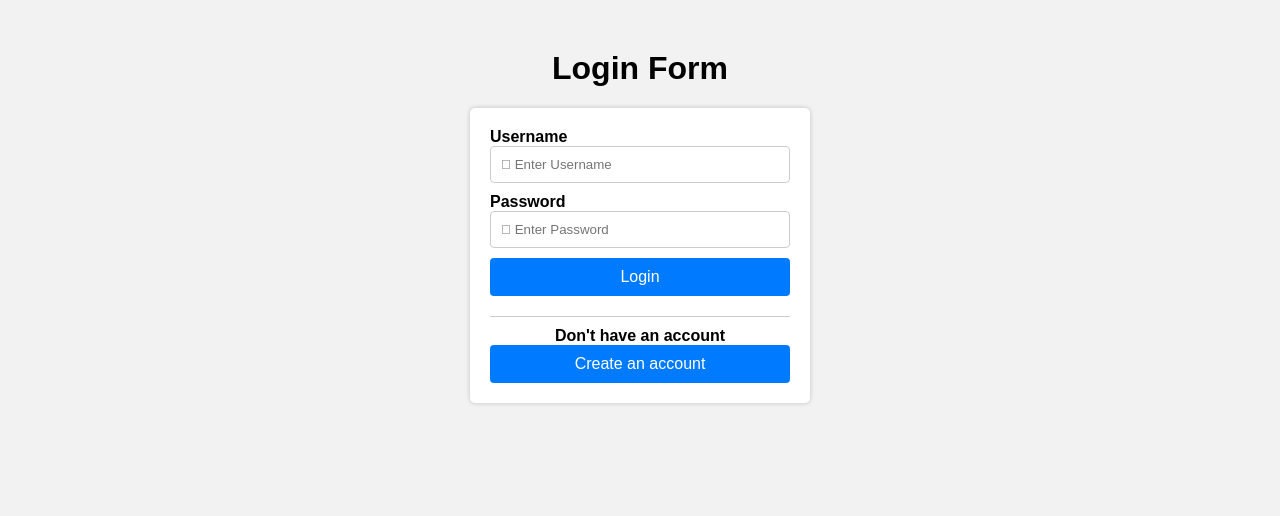
Repository: rohann12/RepairMate
Page: http://localhost/Garage/JSP/login.jsp
The author's editor kept a copy of each file at every save. The page is drawn from the files as they stood at one save, then again after the next save.
The browser window is 1280 px wide. The pictures show the whole page.
The page is served by Tomcat 9.

Above is the page before, as saved 2023-06-17 14:16:41.

After the next save:
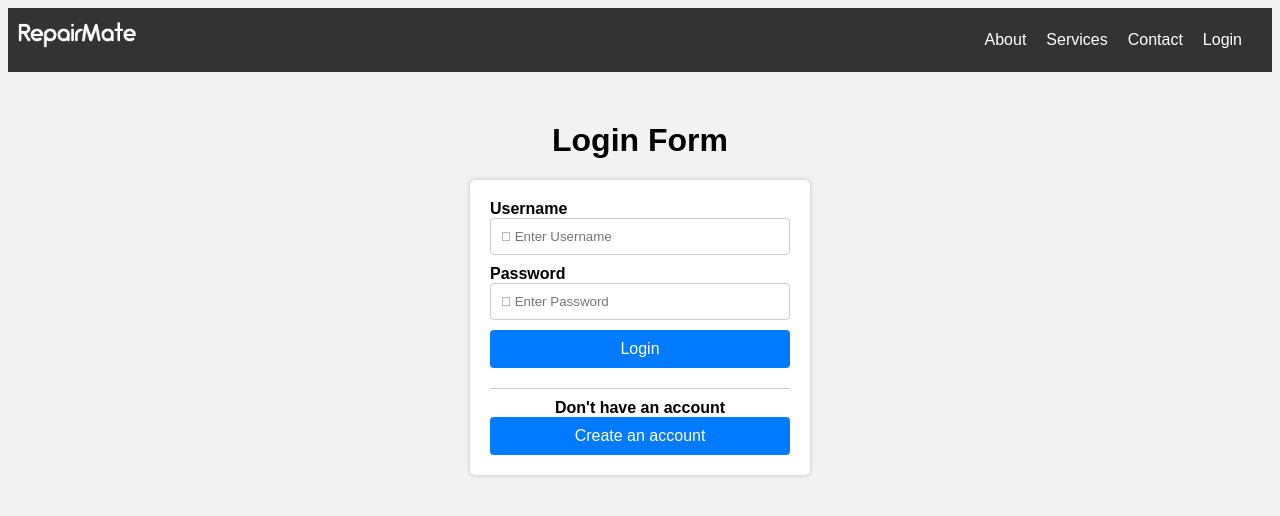
Saved 16 s later.
--- a/Garage/src/main/webapp/JSP/login.jsp
+++ b/Garage/src/main/webapp/JSP/login.jsp
@@ -8,6 +8,7 @@
 <link rel="stylesheet" href="../CSS/login.css">
 </head>
 <body>
+<jsp:include page="nav.jsp" />
 	<h1>Login Form</h1>
 	<form method='POST' action='a.jsp' id="loginForm"
 		onsubmit="event.preventDefault();validation();">
